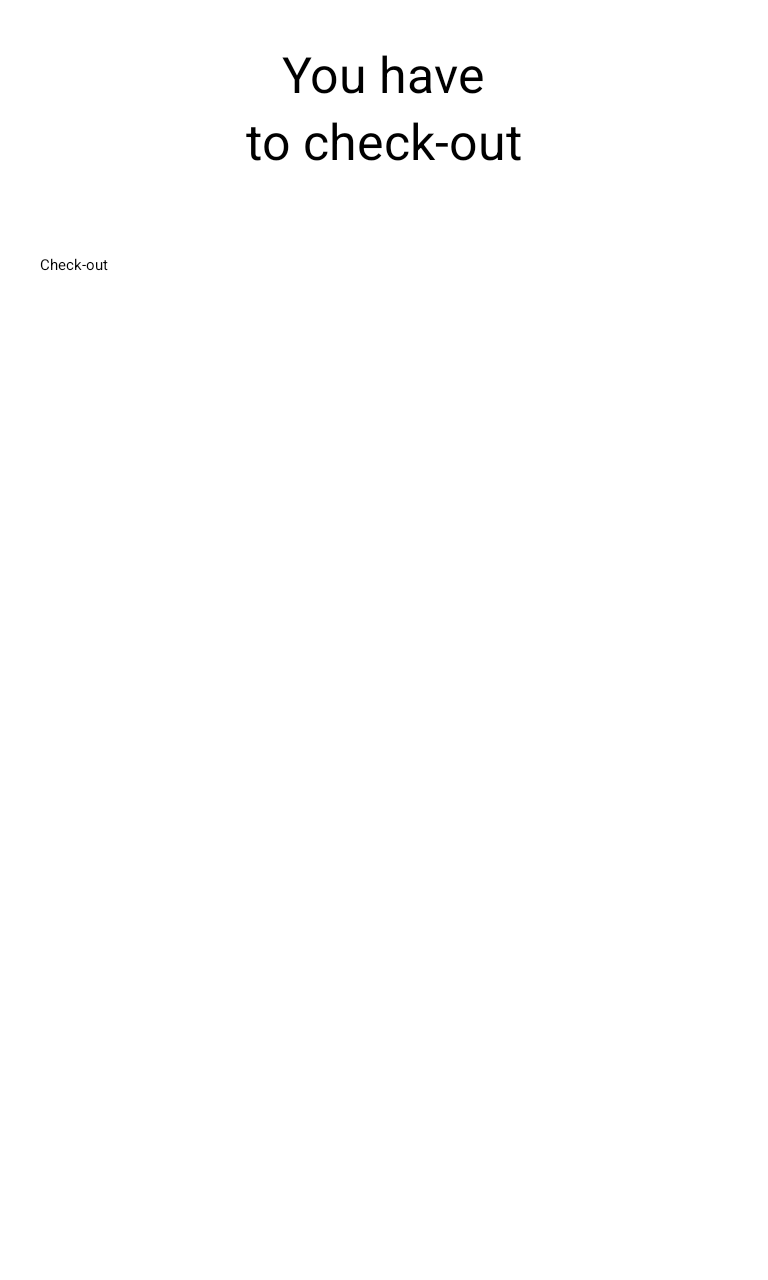
Repository: leo195162839/Test-Repo
Layout: TravelGuardian/res/layout/fragment_time_left.xml
These files come from the project's save history. The layout is drawn as it stood at one moment and after the next save; the edit follows.
It is drawn on a 768 x 1280 px phone screen (xhdpi) without system bars, with theme Theme.Base.AppCompat; the app's code is not run.

Above is the layout before, as saved 2014-06-15 15:15:45.

### TravelGuardian/res/layout/fragment_time_left.xml
<?xml version="1.0" encoding="utf-8"?>
<LinearLayout xmlns:android="http://schemas.android.com/apk/res/android"
    android:layout_width="match_parent"
    android:layout_height="match_parent"
    android:orientation="vertical" >

    <TextView
        android:id="@+id/time_left_content1"
        android:layout_width="wrap_content"
        android:layout_height="wrap_content"
        android:layout_gravity="center"
        android:textSize="25sp"
        android:paddingTop="20sp"
        android:text="@string/count_time_left1" />

        <TextView
        android:id="@+id/time_left_content2"
        android:layout_width="wrap_content"
        android:layout_height="wrap_content"
        android:layout_gravity="center"
        android:textSize="25sp"
        android:paddingBottom="20sp"
        android:text="@string/count_time_left2" />

    <Button
        android:layout_width="fill_parent"
        android:layout_height="wrap_content"
        android:padding="20sp"
        android:text="@string/button_checkout" />

    <ProgressBar
        android:id="@+id/progressBar1"
        style="?android:attr/progressBarStyleHorizontal"
        android:layout_width="fill_parent"
        android:layout_height="wrap_content"
        android:layout_gravity="bottom"
         />

</LinearLayout>

### TravelGuardian/res/values/strings.xml
<?xml version="1.0" encoding="utf-8"?>
<resources>

    <string name="app_name">Travel Guardian</string>
    <string name="hello_world">Hello world!</string>
    <string name="action_settings">Settings</string>
    <string name="button_login">Login</string>
    <string name="title_activity_start">Travel Guardian</string>
    <string name="logged_in_as">Logged in as</string>
    <string name="username">name@domain.com</string>
    <string name="button_sign_out">Sign Out</string>
    <string name="button_start">Start a Trip</string>
    <string name="title_activity_data_entry">Travel Guardian: Start a Trip</string>
    <string name="textView_emergency_contacts">Who would you like to contact in the event of an emergency?</string>
    <string name="edit_contacts">Enter an email address</string>
    <string name="textView_destination">Where will you be traveling to?</string>
    <string name="edit_destination">Enter location name or coordinates</string>
    <string name="textView_host">What is your host contact?</string>
    <string name="edit_host">Enter hotel/host contact info</string>
    <string name="textView_pingFrequency">GPS Ping Frequency: 0 hour(s)</string>
    <string name="button_setDate">Set Return Date</string>
    <string name="button_setTime">Set Return Time</string>
    <string name="button_startTrip">Start Trip</string>
    <string name="count_time_left1">You have</string>
    <string name="count_time_left2">to check-out</string>
    <string name="button_checkout">Check-out</string>

</resources>

After the next save:
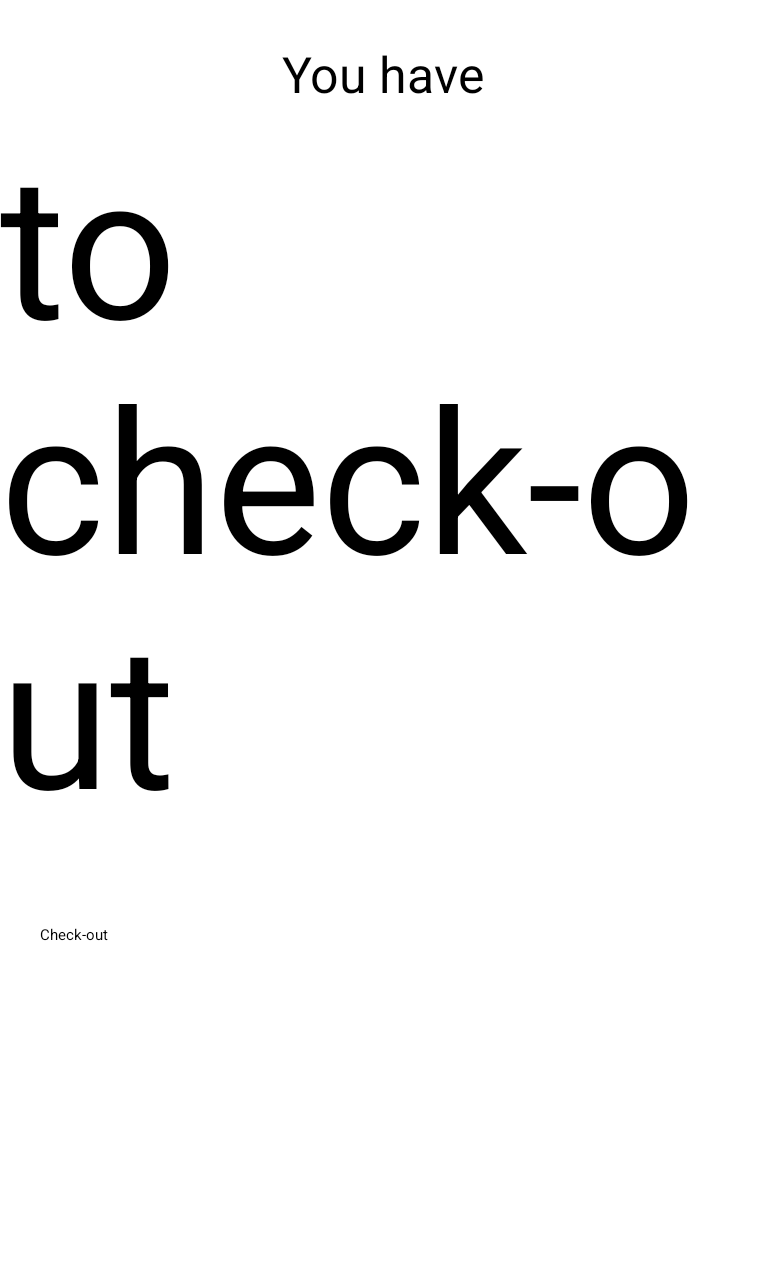
Saved 83 s later.
--- a/TravelGuardian/res/layout/fragment_time_left.xml
+++ b/TravelGuardian/res/layout/fragment_time_left.xml
@@ -18,7 +18,7 @@
         android:layout_width="wrap_content"
         android:layout_height="wrap_content"
         android:layout_gravity="center"
-        android:textSize="25sp"
+        android:textSize="100sp"
         android:paddingBottom="20sp"
         android:text="@string/count_time_left2" />
 

After the save that followed:
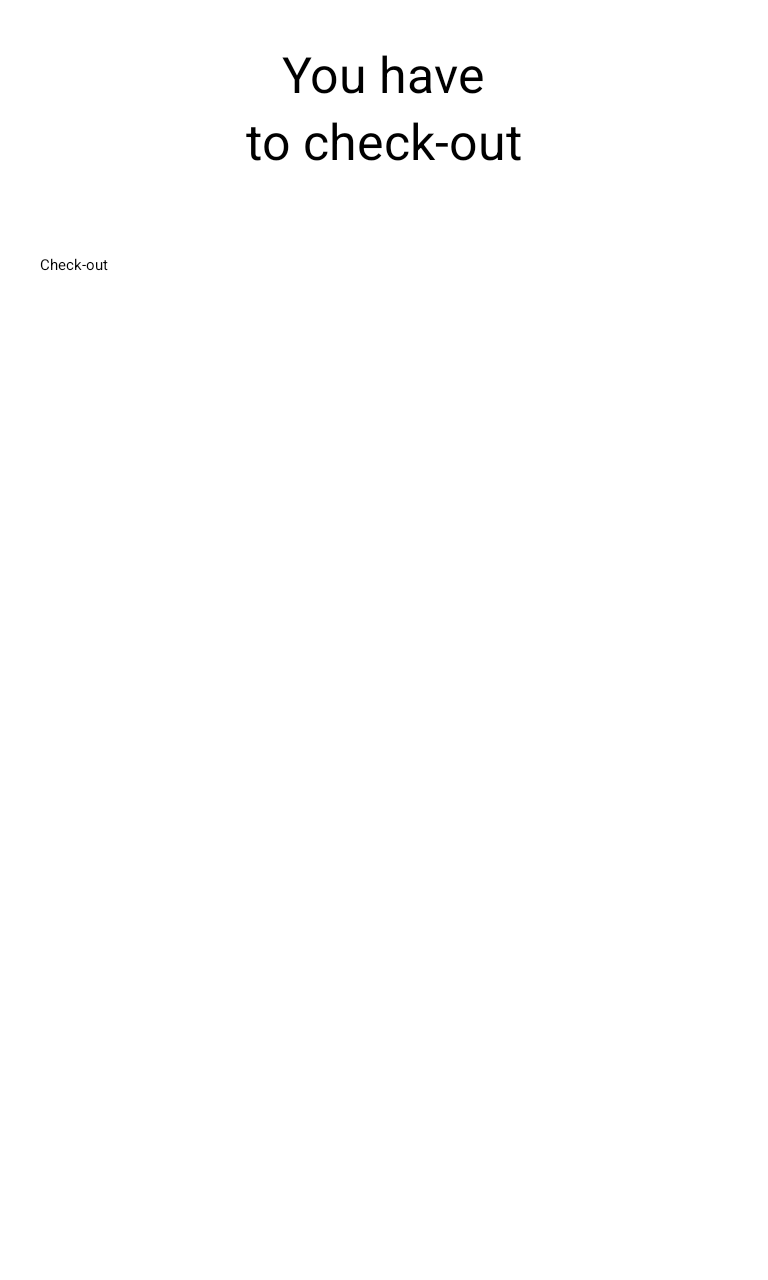
Saved 10 s later.
--- a/TravelGuardian/res/layout/fragment_time_left.xml
+++ b/TravelGuardian/res/layout/fragment_time_left.xml
@@ -18,7 +18,7 @@
         android:layout_width="wrap_content"
         android:layout_height="wrap_content"
         android:layout_gravity="center"
-        android:textSize="100sp"
+        android:textSize="25sp"
         android:paddingBottom="20sp"
         android:text="@string/count_time_left2" />
 
